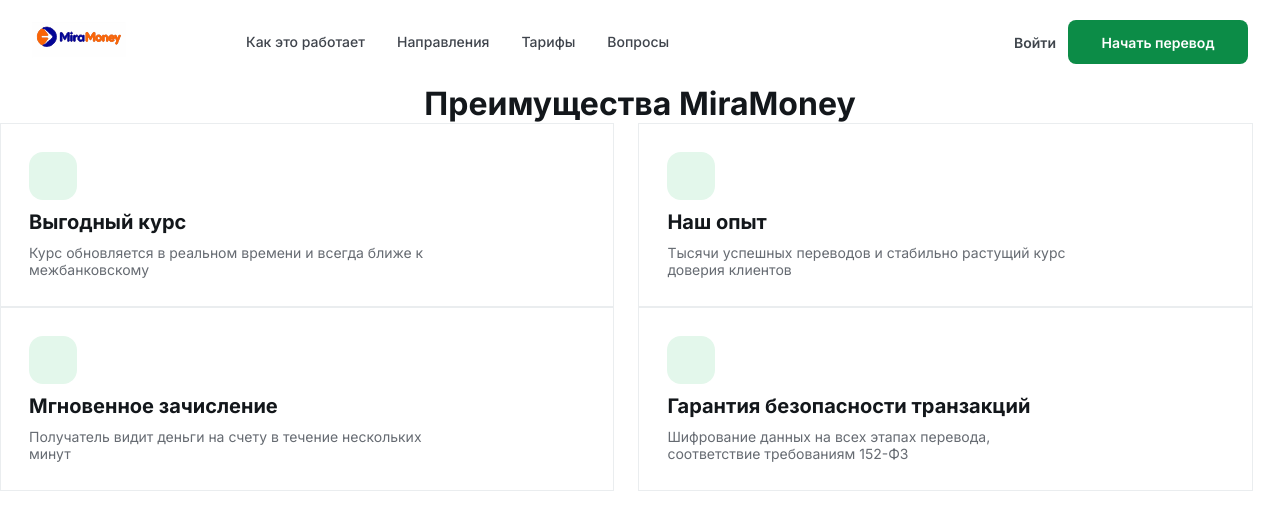
Repository: Shaiyr1/mira-money
Page: index.html
An editor plug-in stored every save of this project. The page is shown before and after a run of saves, followed by the edit.
The browser window is 1280 px wide. The pictures show the whole page.

Above is the page before, as saved 2026-10-20 16:32:26.

### index.html
<!DOCTYPE html>
<html lang="en">
<head>
    <meta charset="UTF-8">
    <meta http-equiv="X-UA-Compatible" content="IE=edge">
    <meta name="viewport" content="width=device-width, initial-scale=1.0">
    <link rel="stylesheet" href="/src/css/style.css">
    <title>Document</title>
</head>
<body>
    <header class="header">
        <nav class="header-nav">
            <a class="header-nav__link" href="">
                <img class="header-nav__link-logo" src="./src/img/logo.svg" alt="logo">
            </a>
            <ul class="header-nav__ul">
                <li class="header-nav__li">
                    <a class="header-nav__li-link" href="">Как это работает</a>
                </li>
                <li class="header-nav__li">
                    <a class="header-nav__li-link" href="">Направления</a>
                </li>
                <li class="header-nav__li">
                    <a class="header-nav__li-link" href="">Тарифы</a>
                </li>
                <li class="header-nav__li">
                    <a class="header-nav__li-link" href="">Вопросы</a>
                </li>
            </ul>
            <div class="header-nav__sign">
                <a class="header-nav__sign-link" href="">Войти</a>
                <button class="header-nav__sign-btn">Начать перевод</button>
            </div>
        </nav>
    </header>
    <main class="main">
        <section class="home">
            <div class="container">

            </div>
        </section>
        <section class="advantages">
            <div class="container">
                <h2 class="advantages__title">
                    Преимущества MiraMoney
                </h2>
                <div class="advantages-blocks">
                    <div class="advantages-block">
                        <img class="advantages-block__icon" src="./src/img/icon.svg" alt="icon">
                        <h5 class="advantages-block__title">Выгодный курс</h5>
                        <p class="advantages-block__subtitle">Курс обновляется в реальном времени и всегда ближе к межбанковскому</p>
                    </div>
                    <div class="advantages-block">
                        <img class="advantages-block__icon" src="./src/img/icon.svg" alt="icon">
                        <h5 class="advantages-block__title">Наш опыт</h5>
                        <p class="advantages-block__subtitle">Тысячи успешных переводов и стабильно растущий курс доверия клиентов</p>
                    </div>
                </div>
                <div class="advantages-blocks">
                    <div class="advantages-block">
                        <img class="advantages-block__icon" src="./src/img/icon.svg" alt="icon">
                        <h5 class="advantages-block__title">Мгновенное зачисление</h5>
                        <p class="advantages-block__subtitle">Получатель видит деньги на счету в течение нескольких минут</p>
                    </div>
                    <div class="advantages-block">
                        <img class="advantages-block__icon" src="./src/img/icon.svg" alt="icon">
                        <h5 class="advantages-block__title">Гарантия безопасности транзакций</h5>
                        <p class="advantages-block__subtitle">Шифрование данных на всех этапах перевода, соответствие требованиям 152-ФЗ</p>
                    </div>
                </div>
            </div>
        </section>
    </main>
</body>
</html>

### src/css/style.css
@import url('https://fonts.googleapis.com/css2?family=Inter:ital,opsz,wght@0,14..32,100..900;1,14..32,100..900&display=swap');

* {
    margin: 0;
    padding: 0;
    box-sizing: border-box;
}

.container {
    width: 1280px;
    margin: 0 auto;
}

.header {}

.header-nav {
    width: 95%;
    height: 84px;
    margin: 0 auto;
    display: flex;
    align-items: center;
}

.header-nav__link {}

.header-nav__link-logo {}

.header-nav__ul {
    margin-left: 120px;
    display: flex;
    align-items: center;
    gap: 32px;
}

.header-nav__li {
    list-style-type: none;
}

.header-nav__li-link {
    text-decoration: none;
    color: #3f444c;
    font-size: 14px;
    font-family: Inter;
    font-weight: 500;
    transition: 0.4s;
}

.header-nav__li-link:hover {
    color: #0c8c47;
    transition: 0.4s;
    font-size: 14.5px;
}

.header-nav__sign {
    margin-left: auto;
    display: flex;
    align-items: center;
    gap: 12px;
}

.header-nav__sign-link {
    text-decoration: none;
    color: #3f454c;
    font-size: 14px;
    font-family: Inter;
    font-weight: 600;
    transition: 0.4s;
}

.header-nav__sign-link:hover {
    color: #0c8c47;
    transition: 0.4s;
    font-size: 14.5px;

}

.header-nav__sign-btn {
    background-color: #0c8c47;
    width: 180px;
    height: 44px;
    border-radius: 8px;
    color: #ffffff;
    font-size: 14px;
    font-family: Inter;
    font-weight: 600;
    border: none;
    cursor: pointer;
    transition: 0.4s;
}

.header-nav__sign-btn:hover {
    background-color: rgb(0, 96, 0);
    transition: 0.4s;
}



.advantages {}

.advantages__title {
    color: #13171b;
    text-align: center;
    font-size: 32px;
    font-family: Inter;
    font-weight: 700;
}

.advantages-blocks {
    width: 100%;
    display: flex;
    align-items: center;
    gap: 24px;
}

.advantages-block {
    width: 48%;
    /* height:220px; */
    border: 1px solid #eaedef;
    padding: 28px;
    display: flex;
    flex-direction: column;
    align-items: flex-start;
    gap: 10px;
}

.advantages-block__icon {}

.advantages-block__title {
    color: #13171b;
    font-size: 20px;
    font-family: Inter;
    font-weight: 700;

}

.advantages-block__subtitle {
    width:400px;
    color: #666b72;
    text-align: left;
    font-size: 14px;
    font-family: Inter;
}

After the next 2 saves:
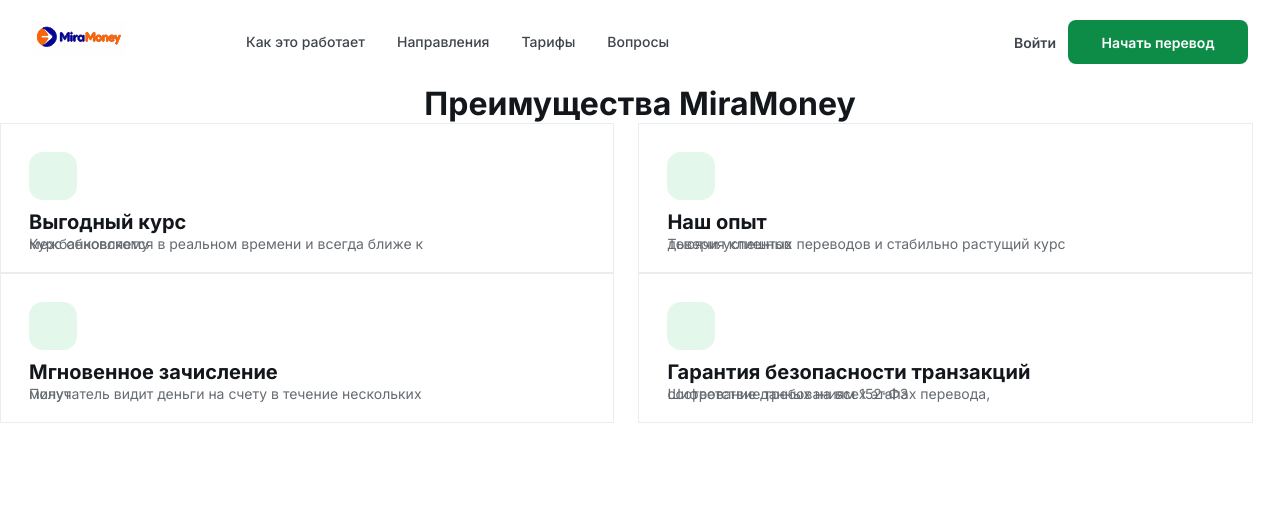
The 2 saves are shown as one change because they came seconds apart.
The last was saved 82 s later.
--- a/src/css/style.css
+++ b/src/css/style.css
@@ -139,4 +139,5 @@
     text-align: left;
     font-size: 14px;
     font-family: Inter;
+    line-height: 0;
 }

After the 2 saves that followed:
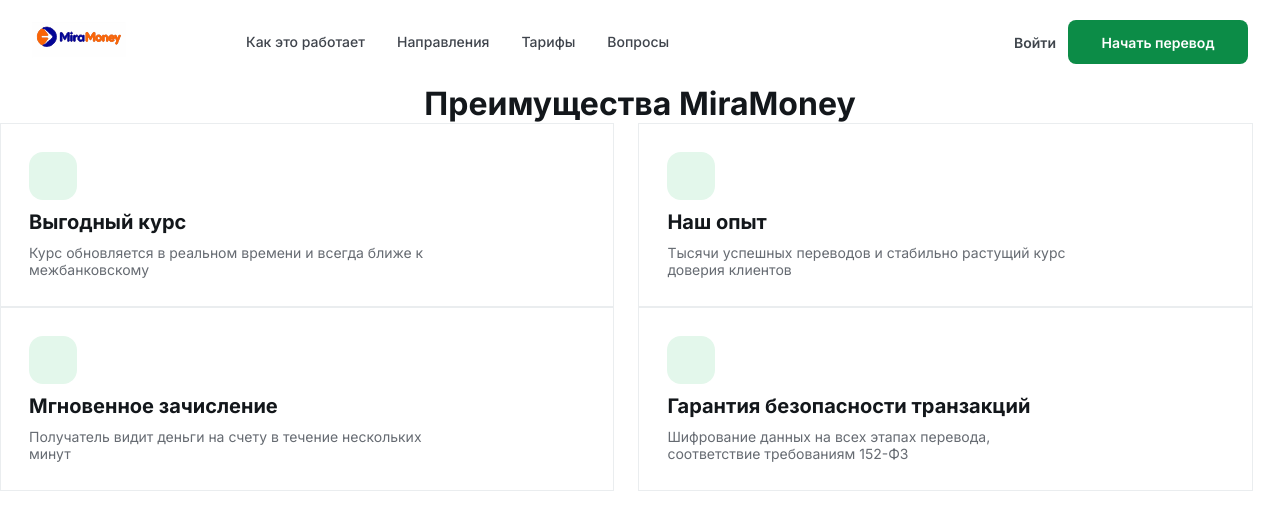
The 2 saves are shown as one change because they came seconds apart.
The last was saved 8 s later.
--- a/src/css/style.css
+++ b/src/css/style.css
@@ -139,5 +139,5 @@
     text-align: left;
     font-size: 14px;
     font-family: Inter;
-    line-height: 0;
+    line-height: auto;
 }
